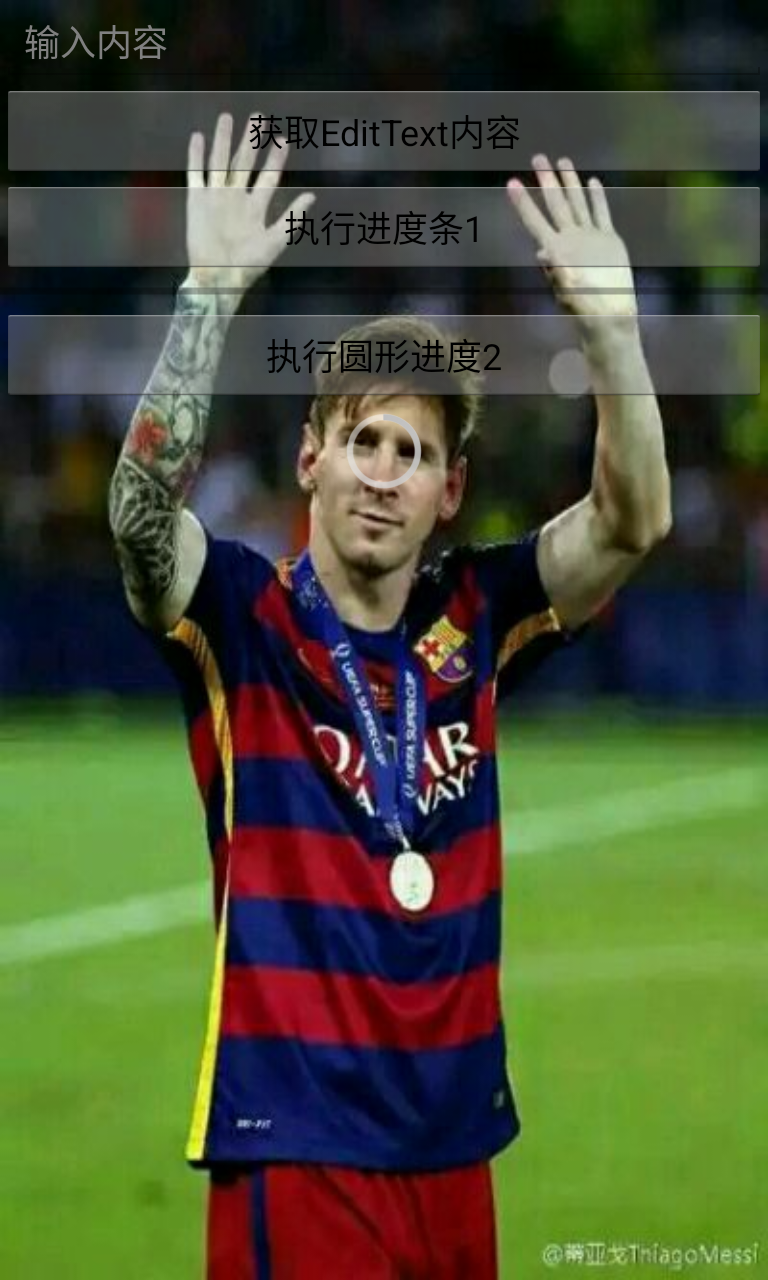
Repository: liujianpc/AndroidStudy
Layout: TestUI/res/layout/activity_main.xml
These files come from the project's save history. The layout is drawn as it stood at one moment and after the next save; the edit follows.
It is drawn on a 768 x 1280 px phone screen (xhdpi) without system bars, with theme AppTheme; the app's code is not run.

Above is the layout before, as saved 2016-07-11 08:48:16.

### TestUI/res/layout/activity_main.xml
<?xml version="1.0" encoding="utf-8"?>
<LinearLayout xmlns:android="http://schemas.android.com/apk/res/android"
    android:id="@+id/linearLayout"
    android:layout_width="match_parent"
    android:layout_height="match_parent"
    android:orientation="vertical"
    android:background="@drawable/messi"
    >

    <EditText
        android:id="@+id/edit_text"
        android:layout_width="match_parent"
        android:layout_height="wrap_content"
        android:hint="@string/hint"
        />
	<Button
	    android:id="@+id/button_1"
	    android:layout_width="match_parent"
	    android:layout_height="wrap_content"
	    android:text="@string/button_1"
	    />
		<Button
	    android:id="@+id/button_2"
	    android:layout_width="match_parent"
	    android:layout_height="wrap_content"
	    android:text="@string/button_2"
	    />
	<ProgressBar
	    android:id="@+id/HprogressBar"
	    android:layout_width="match_parent"
	    android:layout_height="wrap_content"
	    style="?android:attr/progressBarStyleHorizontal"
	    />
			<Button
	    android:id="@+id/button_3"
	    android:layout_width="match_parent"
	    android:layout_height="wrap_content"
	    android:text="@string/button_3"
	    />
	<ProgressBar
	    android:id="@+id/RprogressBar"
	    android:layout_width="match_parent"
	    android:layout_height="wrap_content"

	    />


</LinearLayout>

### TestUI/res/values/strings.xml
<?xml version="1.0" encoding="utf-8"?>
<resources>

    <string name="app_name">TestUI</string>
    <string name="hello_world">Hello world!</string>
    <string name="action_settings">Settings</string>
    <string name="hint">输入内容</string>
    <string name="button_1">获取EditText内容</string>
    <string name="button_2">执行进度条1</string>
    <string name="button_3">执行圆形进度2</string>
    <string name="action_exit">退出</string>
    <string name="action_start">开始</string>
    <string name="title_activity_second">SecondActivity</string>

</resources>

Loaded but not shown: TestUI/res/values/styles.xml (common file); TestUI/res/values-v11/styles.xml (common file); TestUI/res/values-v14/styles.xml (common file)

After the next save:
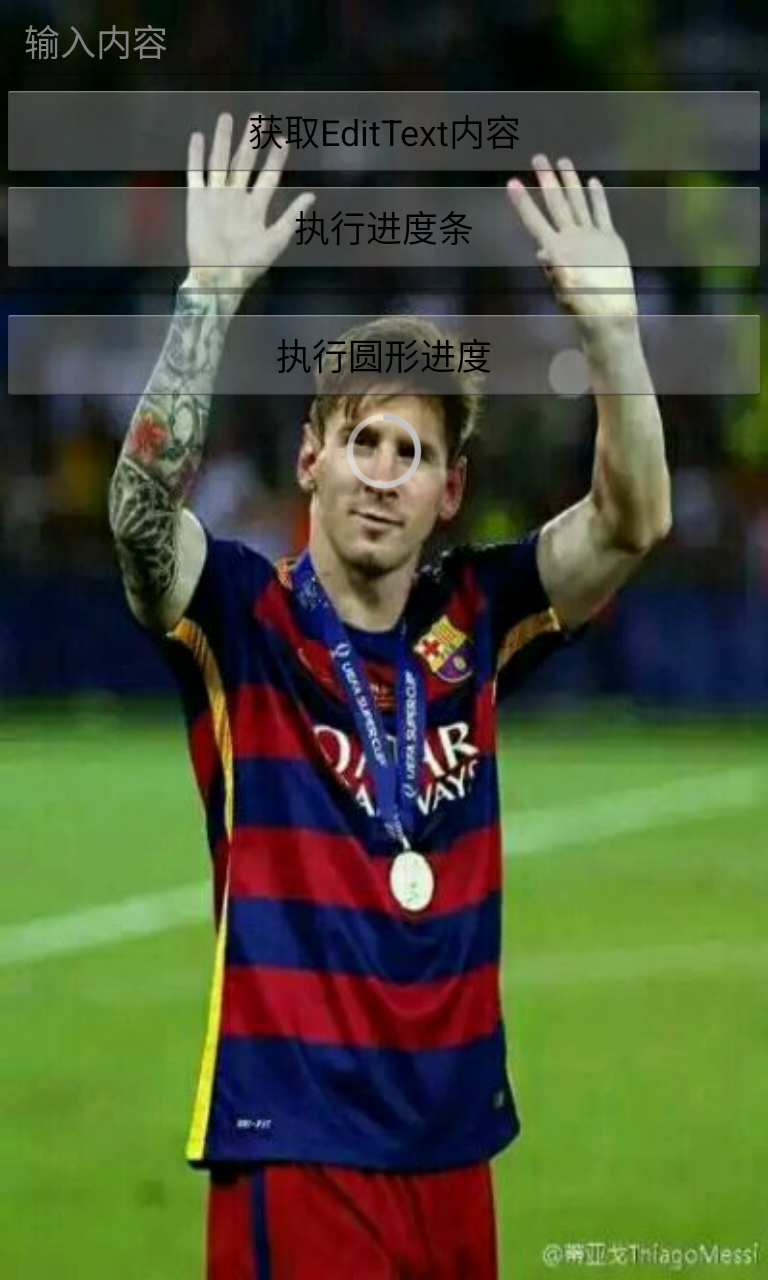
Saved 6 s later.
--- a/TestUI/res/values/strings.xml
+++ b/TestUI/res/values/strings.xml
@@ -6,8 +6,8 @@
     <string name="action_settings">Settings</string>
     <string name="hint">输入内容</string>
     <string name="button_1">获取EditText内容</string>
-    <string name="button_2">执行进度条1</string>
-    <string name="button_3">执行圆形进度2</string>
+    <string name="button_2">执行进度条</string>
+    <string name="button_3">执行圆形进度</string>
     <string name="action_exit">退出</string>
     <string name="action_start">开始</string>
     <string name="title_activity_second">SecondActivity</string>
